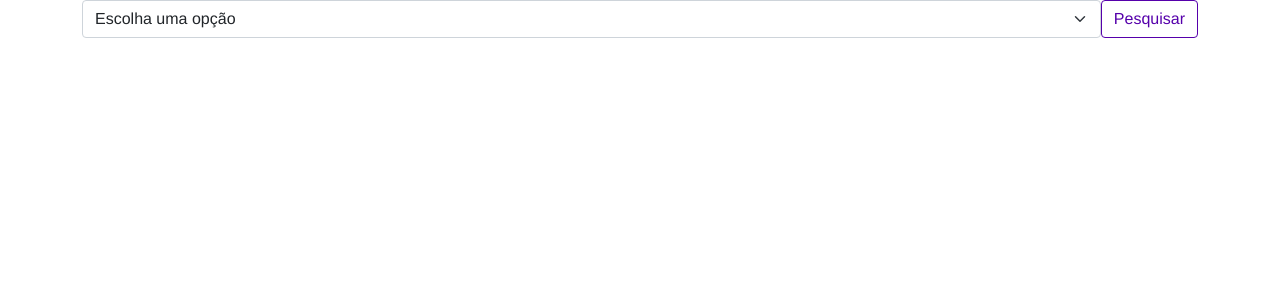
Repository: LuismGil/Countries-list
Page: /about
The author's editor kept a copy of each file at every save. The page is drawn from the files as they stood at one save, then again after a run of saves.
The browser window is 1280 px wide. The pictures show the whole page.
The project was rebuilt for these pictures with package versions that can differ from the ones it lists, and the page was loaded fresh each time.

Above is the page before, as saved 2021-05-22 21:14:01.

### public/index.html
<!DOCTYPE html>
<html lang="">
  <head>
    <meta charset="utf-8">
    <meta http-equiv="X-UA-Compatible" content="IE=edge">
    <meta name="viewport" content="width=device-width,initial-scale=1.0">
    <link rel="icon" href="<%= BASE_URL %>favicon.ico">
    <link href="https://cdn.jsdelivr.net/npm/bootstrap@5.0.1/dist/css/bootstrap.min.css" rel="stylesheet" integrity="sha384-+0n0xVW2eSR5OomGNYDnhzAbDsOXxcvSN1TPprVMTNDbiYZCxYbOOl7+AMvyTG2x" crossorigin="anonymous">
    <title><%= htmlWebpackPlugin.options.title %></title>
  </head>
  <body>
    <noscript>
      <strong>We're sorry but <%= htmlWebpackPlugin.options.title %> doesn't work properly without JavaScript enabled. Please enable it to continue.</strong>
    </noscript>
    <div id="app"></div>
    <!-- built files will be auto injected -->
  </body>
</html>

### src/App.vue
<template>
  <div id="app">
    <!-- <mv-header /> -->
    <Home></Home>

  </div>
</template>

<script>
// import MvHeader from './components/MvHeader.vue';
import Home from './views/Home.vue';

export default {
  name: 'App',
  components: {
    // MvHeader,
    Home,
  },
};
</script>

<style>
#app {
  color: #2c3e50;
  font-family: Avenir, Helvetica, Arial, sans-serif;
  -webkit-font-smoothing: antialiased;
  -moz-osx-font-smoothing: grayscale;
  text-align: center;
}
</style>

### src/views/Home.vue
<template>
  <div>
    <mv-countries></mv-countries>

  </div>
</template>

<script>
import MvCountries from '../components/MvCountries.vue';

export default {
  components: { MvCountries },

};
</script>

<style>

</style>

### src/components/MvCountries.vue
<template>
  <div>
    <div class="container">
    <select class="form-select form-width" aria-label="Escolha uma opção">
      <option selected disabled>Escolha uma opção</option>
      <option value="1">Região</option>
      <option value="2">Capital</option>
      <option value="3">Língua</option>
      <option value="4">País</option>
      <option value="5">Código de ligação</option>
    </select>
    <mv-button>
        Pesquisar
    </mv-button>
    </div>

  </div>
</template>

<script>
import MvButton from './MvButton.vue';

export default {
  components: { MvButton },

};
</script>

<style>
.container {
  display: flex;
  flex-direction: row;
}
.btn-find {
  color: #FFF;
  background-color: #5600AB;
}

</style>

### src/components/MvButton.vue
<template>
  <div>
    <button type="button" class="btn btn-outline btn-color">
      <slot></slot>
      </button>
  </div>
</template>

<script>
// import MvArrowIcon from './MvArrowIcon.vue';

export default {
  // components: { MvArrowIcon },

};
</script>

<style>
.btn-color {
  border-color: #5600AB;
  color: #5600AB;
}

.btn-color:hover {
  color: #fff;
  background-color: #c599f2;
}

</style>

Loaded but not shown: src/main.js (common file)

After the next 3 saves:
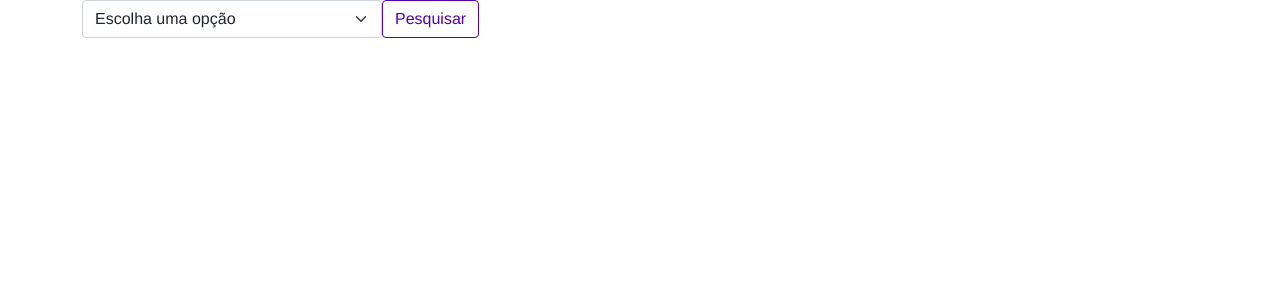
The 3 saves are shown as one change because they came seconds apart.
The last was saved 17 s later.
--- a/src/components/MvCountries.vue
+++ b/src/components/MvCountries.vue
@@ -31,6 +31,11 @@ export default {
   display: flex;
   flex-direction: row;
 }
+
+.form-width {
+  width: 300px;
+}
+
 .btn-find {
   color: #FFF;
   background-color: #5600AB;
